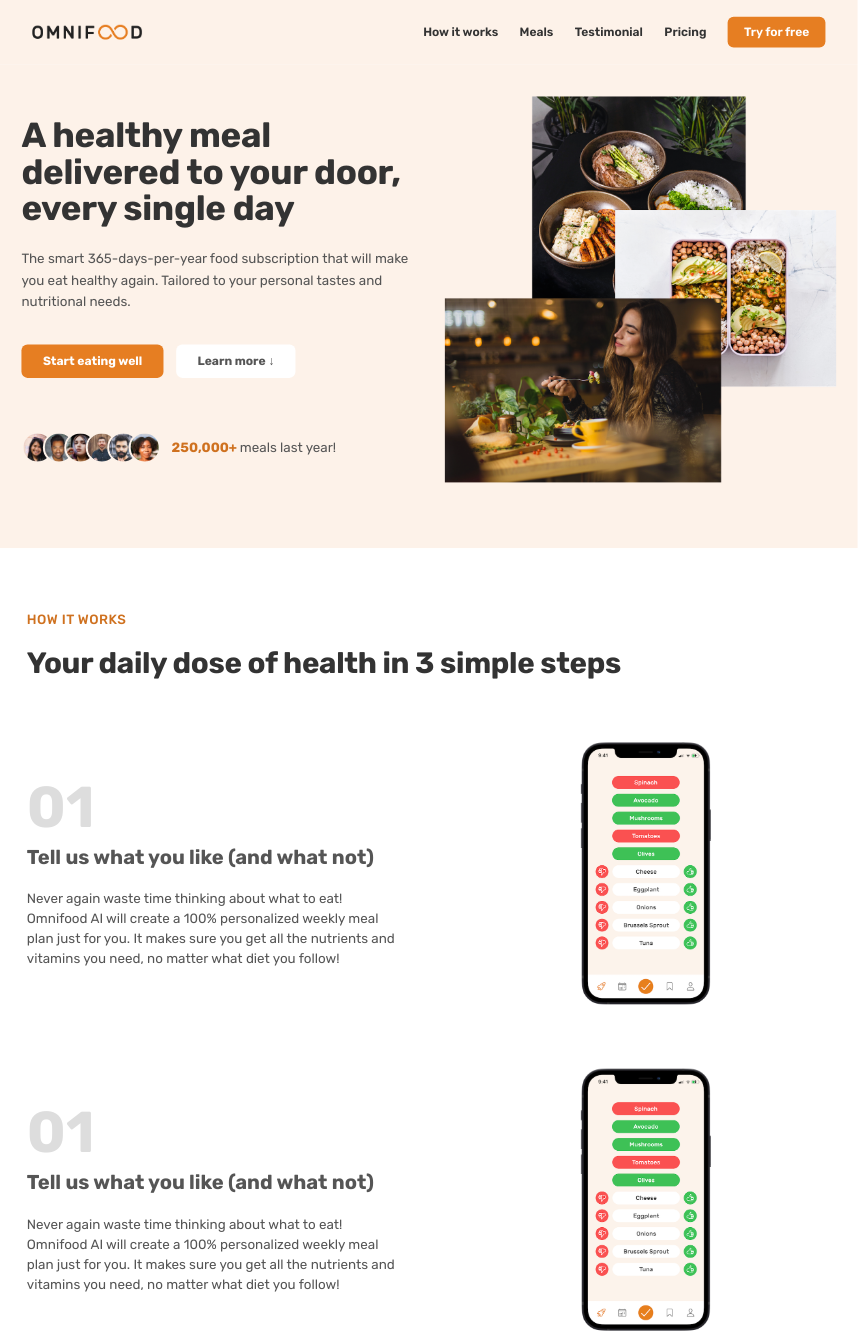
Repository: WefsCao/Omnifood
Page: index.html
An editor plug-in stored every save of this project. The page is shown before and after the next save, followed by the edit.
The browser window is 1280 px wide. The pictures show the whole page, at 67% of full size.

Above is the page before, as saved 2022-06-04 20:28:01.

After the next save:
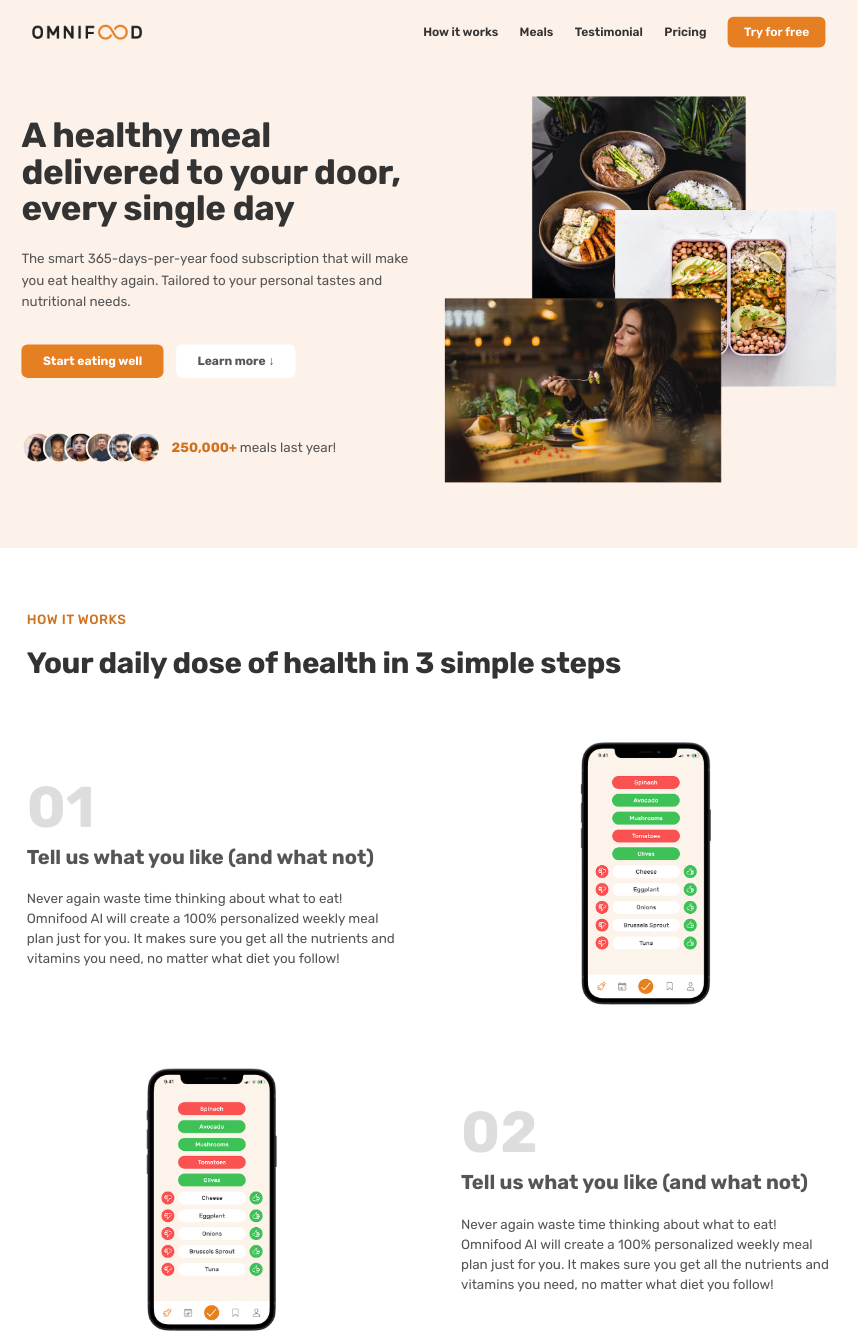
Saved 22 s later.
--- a/index.html
+++ b/index.html
@@ -92,10 +92,17 @@
             />
           </div>
         </div>
-        <!-- STEP 01 -->
+        <!-- STEP 02 -->
         <div class="step-content container grid grid--2-cols">
+          <div class="step-img-box">
+            <img
+              class="step-img"
+              src="img/app/app-screen-1.png"
+              alt="app screen 1"
+            />
+          </div>
           <div class="step-text-box">
-            <div class="step-number">01</div>
+            <div class="step-number">02</div>
             <h3 class="step-heading">Tell us what you like (and what not)</h3>
             <p class="step-text">
               Never again waste time thinking about what to eat! Omnifood AI
@@ -104,13 +111,6 @@
               matter what diet you follow!
             </p>
           </div>
-          <div class="step-img-box">
-            <img
-              class="step-img"
-              src="img/app/app-screen-1.png"
-              alt="app screen 1"
-            />
-          </div>
         </div>
       </section>
     </main>
